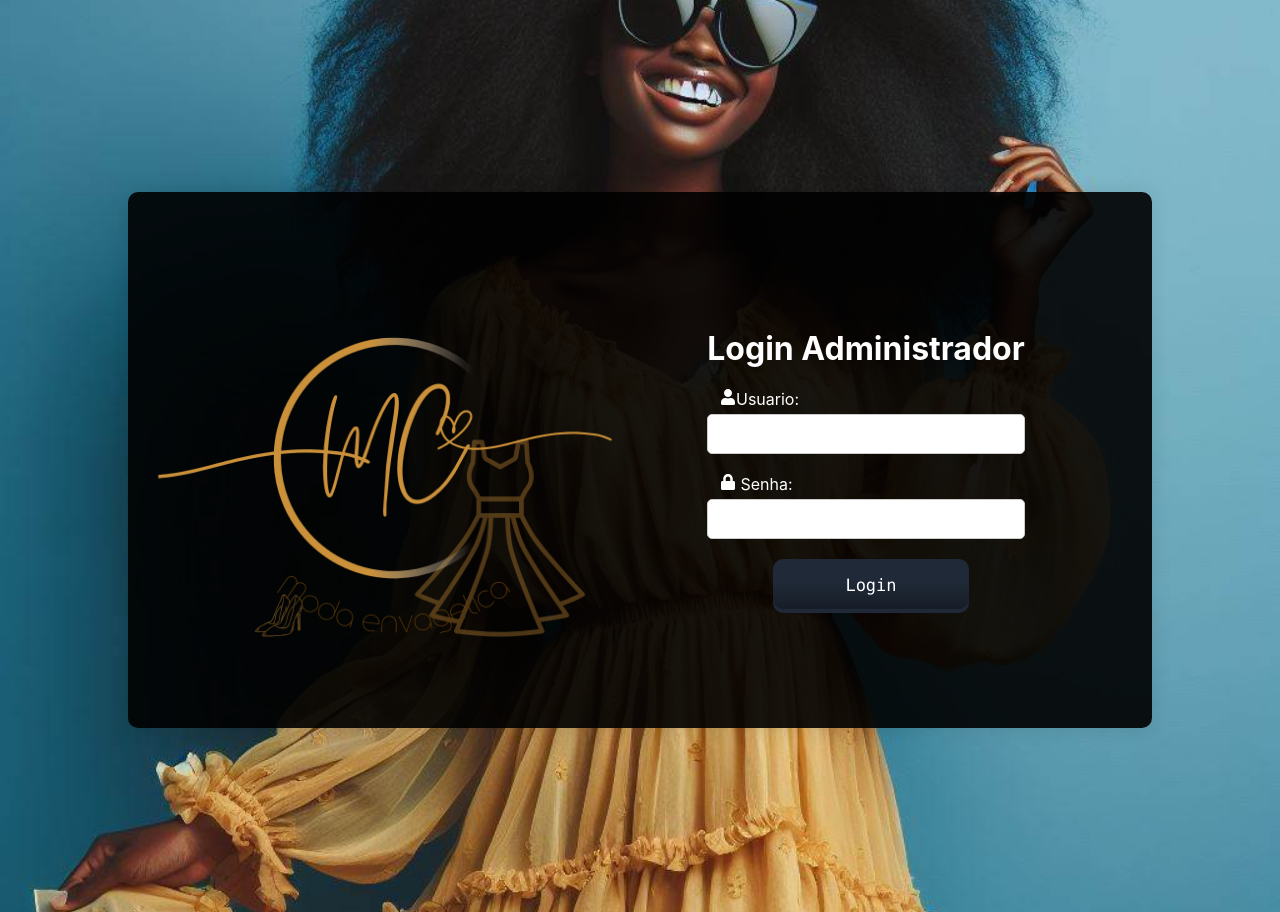
Repository: Mixchelle/ecommerce-moda-evangelica
Page: /login-admin
The author's editor kept a copy of each file at every save. The page is drawn from the files as they stood at one save, then again after the next save.
The browser window is 1280 px wide. The pictures show the whole page.
The project was rebuilt for these pictures with package versions that can differ from the ones it lists, and the page was loaded fresh each time. Also part of the build but not shown: src/components/Header.js, src/components/CategoriesFilter.js, src/pages/Home.js, src/pages/Login.js, src/pages/Admin.js, src/pages/Cart.js.

Above is the page before, as saved 2024-04-29 22:40:06.

After the next save:
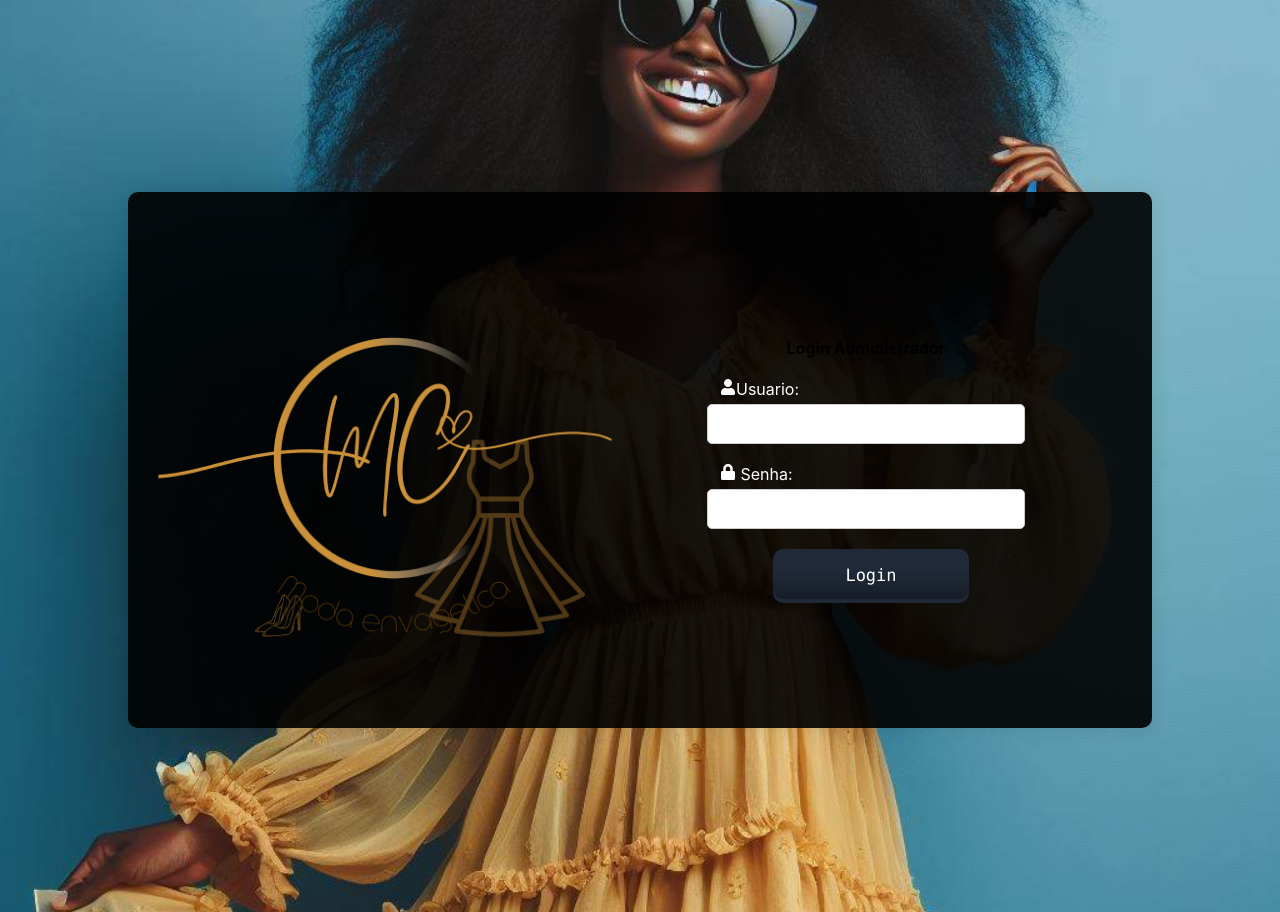
Saved 21 s later.
--- a/src/pages/LoginAdmin.jsx
+++ b/src/pages/LoginAdmin.jsx
@@ -25,7 +25,7 @@
           <img src={logo} alt="Logo da Empresa" />
         </div>
         <div className="form-container">
-          <h1>Login Administrador</h1>
+          <h4>Login Administrador</h4>
           <form onSubmit={handleSubmit}>
             <div className="form-group">
               <label htmlFor="username">
